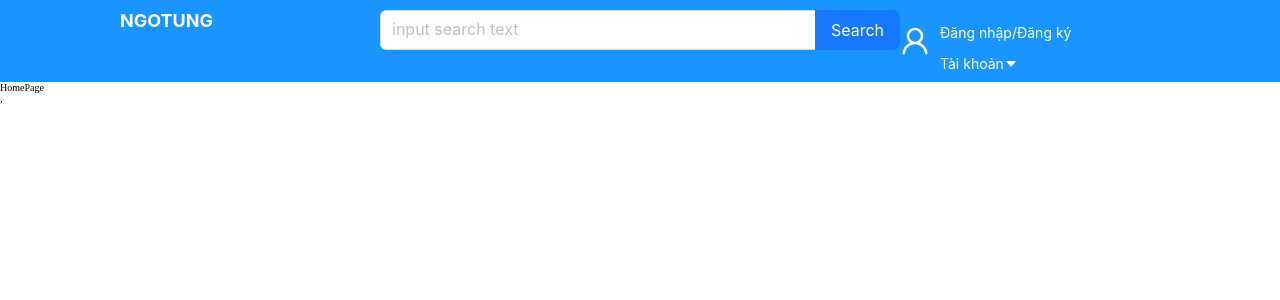
Repository: NgoThanhTung-2002/Youtube_Project
Page: /
An editor plug-in stored every save of this project. The page is shown before and after the next save, followed by the edit.
The browser window is 1280 px wide. The pictures show the whole page.
The project was rebuilt for these pictures with package versions that can differ from the ones it lists, and the page was loaded fresh each time. Also part of the build but not shown: src/pages/NotFoundPage/NotFoundPage.jsx. Imported but missing from the stored project, and not drawn on this page: src/pages/OrderPage/OrderPage, src/pages/ProductsPage/ProductsPage.

Above is the page before, as saved 2023-09-26 12:25:34.

After the next save:
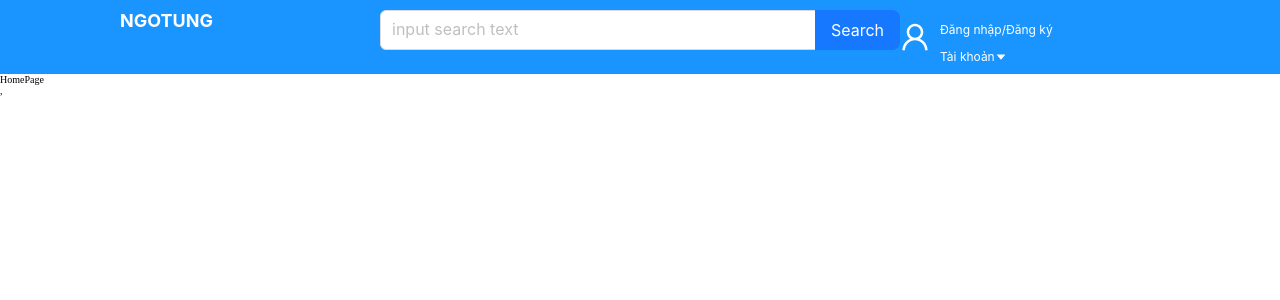
Saved 11 s later.
--- a/src/components/HeaderComponent/style.js
+++ b/src/components/HeaderComponent/style.js
@@ -18,5 +18,5 @@ export const WrapperHeaderAccount = styled.div`
     align-items: center;
     color: #fff;
     gap: 10px;
-    fontS
+    font-size: 12px;
 `
